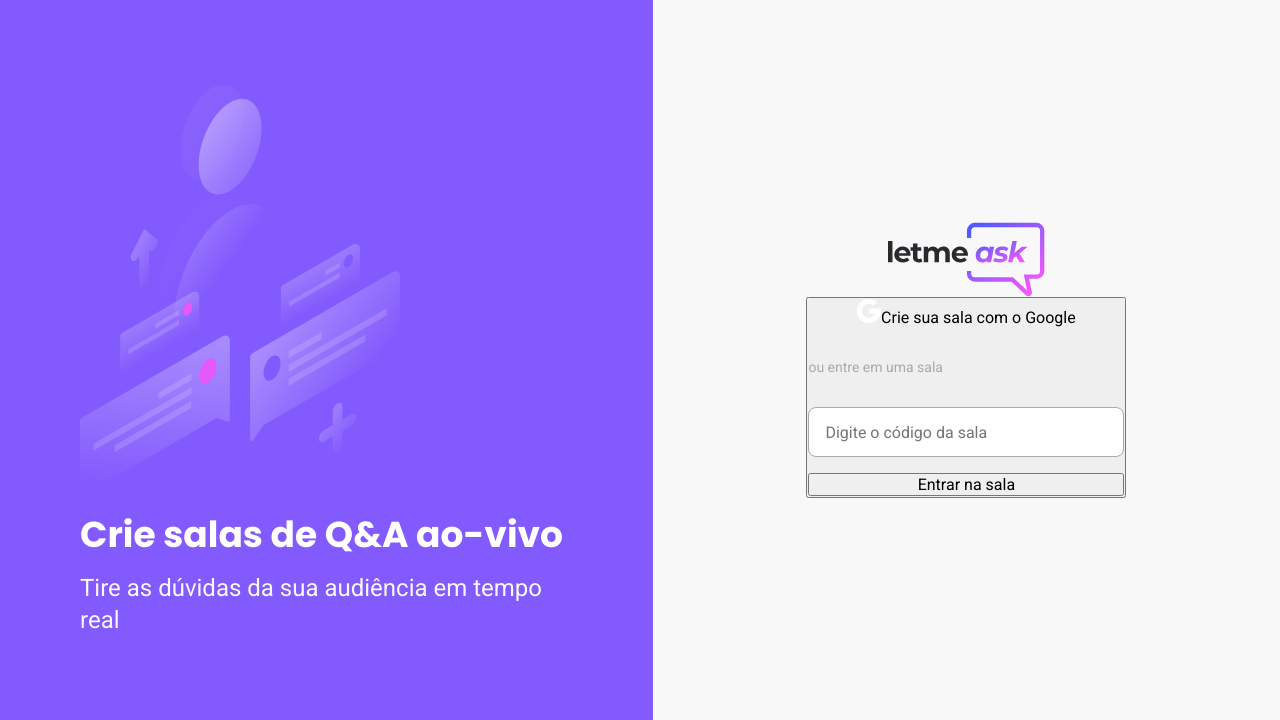
Repository: jeffblanc23/letmeask
Page: /
An editor plug-in stored every save of this project. The page is shown before and after a run of saves, followed by the edit.
The browser window is 1280 px wide. The pictures show the whole page.
The project was rebuilt for these pictures with package versions that can differ from the ones it lists, and the page was loaded fresh each time.

Above is the page before, as saved 2021-06-22 21:07:03.

### public/index.html
<!DOCTYPE html>
<html lang="en">
  <head>
    <meta charset="utf-8" />
    <meta name="viewport" content="width=device-width, initial-scale=1" />


    <link rel="preconnect" href="https://fonts.gstatic.com" crossorigin>
    <link href="https://fonts.googleapis.com/css2?family=Poppins:wght@400;700&family=Roboto:wght@400;500&display=swap" rel="stylesheet">

    <title>Letmeask</title>
  </head>
  <body>
    <noscript>You need to enable JavaScript to run this app.</noscript>
    <div id="root"></div>
  </body>
</html>

### src/index.tsx
import React from 'react';
import ReactDOM from 'react-dom';
import App from './App';

import './services/firebase';

import './styles/global.scss'


ReactDOM.render(
  <React.StrictMode>
    <App />
  </React.StrictMode>,
  document.getElementById('root')
);

### src/App.tsx
import { Home} from './pages/Home'

function App() {
  return (
    <Home />
  );
}

export default App;

### src/services/firebase.ts
import firebase from 'firebase/app';

import 'firebase/auth';
import 'firebase/database';


const firebaseConfig = {
  apiKey: process.env.REACT_APP_API_KEY,
  authDomain: process.env.REACT_APP_AUTH_DOMAIN,
  databaseURL: process.env.REACT_APP_DATABASE_URL,
  projectId: process.env.REACT_APP_PROJECT_ID,
  storageBucket: process.env.REACT_APP_STORAGE_BUCKET,
  messagingSenderId: process.env.REACT_APP_MESSAGING_SENDER_ID,
  appId: process.env.REACT_APP_APP_ID
};

firebase.initializeApp(firebaseConfig);

export const auth = firebase.auth();
export const database = firebase.database();

### src/styles/global.scss
* {
    margin: 0;
    padding: 0;
    box-sizing: border-box;
}

body {
    background: #f8f8f8;
    color: #29292e;
}

body, input, button, textarea{
    font: 400 16px 'Roboto', sans-serif;
}

### src/pages/Home.tsx
import illustrationImg from '../assets/images/illustration.svg'
import logoImg from '../assets/images/logo.svg'
import googleIconImg from '../assets/images/google-icon.svg'

import '../styles/auth.scss';

export function Home(){
    return (
        <div id="page-auth">
            <aside>
                <img src={illustrationImg} alt="Ilustração representando perguntas e respostas" />
                <strong>Crie salas de Q&amp;A ao-vivo</strong>
                <p>Tire as dúvidas da sua audiência em tempo real</p>
            </aside>
            <main>
                <div className="main-content">
                    <img src={logoImg} alt="Letmeask" />
                    <button>
                        <img src={googleIconImg} alt="Logo da Google" />
                        Crie sua sala com o Google
                        <div className="separator">ou entre em uma sala</div>
                        <form>
                            <input
                            type="text"
                            placeholder="Digite o código da sala"
                            />
                            <button type="submit">
                                Entrar na sala
                            </button>
                        </form>
                    </button>
                </div>
            </main>
        </div>
    )
}

### src/styles/auth.scss
#page-auth{
	display: flex;
	align-items: strech;
	height: 100vh;

	aside {
		flex: 7;

		background: #835afd;
		color: #FFF;

		display: flex;
		flex-direction: column;
		justify-content: center;

		padding: 120px 80px;

		img {
			max-width: 320px;
		}

		strong {
			font: 700 36px 'Poppins', sans-serif;
			line-height: 42px;
			margin-top: 16px;
		}

		p {
			font-size: 24px;
			line-height: 32px;
			margin-top: 16px;
			color: #f8f8f8;
		}
	}

	main {
		flex: 8;

		padding: 0 32px;

		display: flex;
		align-items: center;
		justify-content: center;
	}

	.main-content{
		display: flex;
		flex-direction: column;
		width: 100%;
		max-width: 320px;
		align-items: stretch;
		text-align: center;

		> img{
			align-self: center;
		}

		form{
			input{
				height: 50px;
				border-radius: 8px;
				padding: 0 16px;
				background: #FFF;
				border: 1px solid #a8a8b3;
			}

			button{
				margin-top: 16px;
			}

			button, input {
				width: 100%;
			}
		}
	}

	.separator {
		font-size: 14px;
		color: #a8a8b3;

		margin: 32px 0;
		display: flex;
		align-items: center;

		&::before {
			content: ' ';
		}

		&::after{}
	}
}

After the next 7 saves:
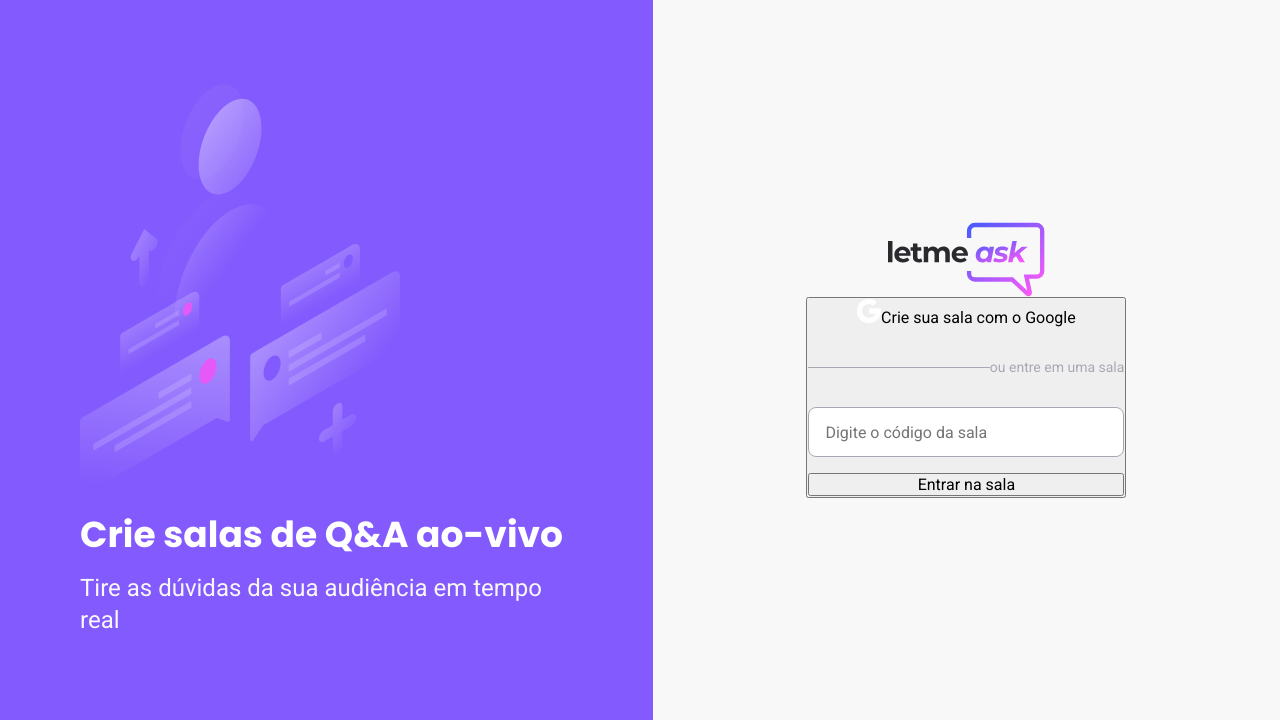
The 7 saves are shown as one change because 2 did not build or start and some came seconds apart.
The last was saved 31 s later.
--- a/src/styles/auth.scss
+++ b/src/styles/auth.scss
@@ -83,7 +83,10 @@
 		align-items: center;
 
 		&::before {
-			content: ' ';
+			content: '';
+			flex: 1;
+			height: 1px;
+			background: #a8a8b3;
 		}
 
 		&::after{}
